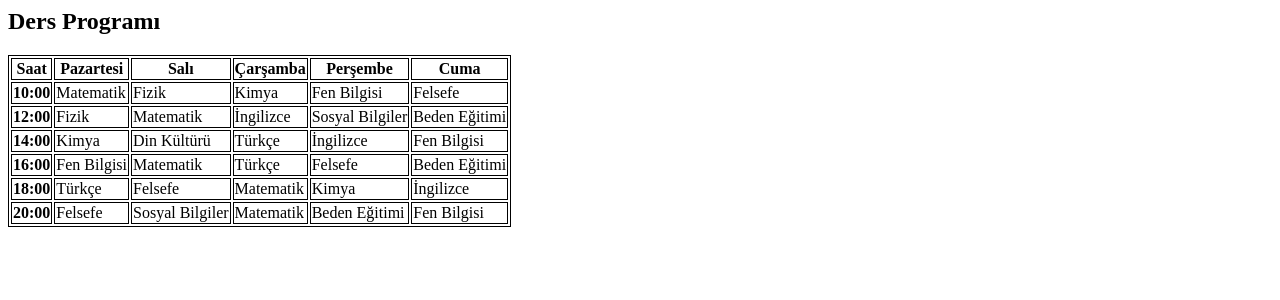
Repository: ahmetbugraozcan/css-ders-programi
Page: deneme.html
These files come from the project's save history. The page is drawn as it stood at one moment and after the next save; the edit follows.
The browser window is 1280 px wide. The pictures show the whole page.

Above is the page before, as saved 2021-07-08 10:41:10.

After the next save:
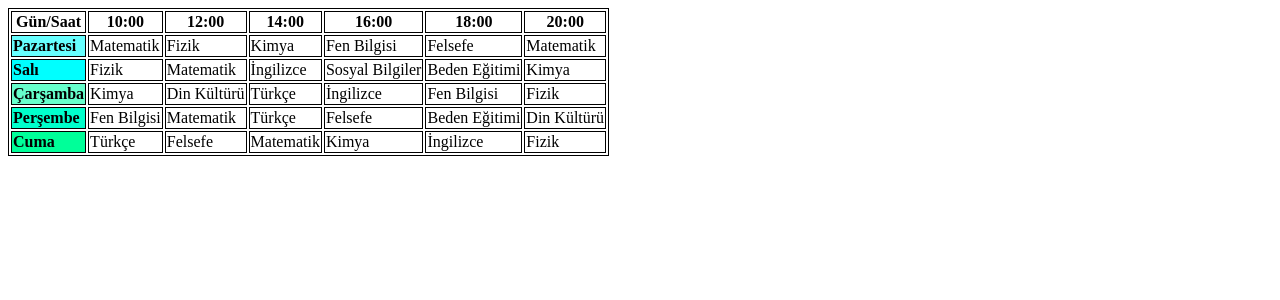
Saved 5 h 24 min later.
--- a/deneme.html
+++ b/deneme.html
@@ -5,67 +5,59 @@
 </head>
 
 <body>
-    <h2>Ders Programı</h2>
-    <div>
-        <table>
+    <div style="overflow-x:auto; widt">
+        <table id="dersprogrami">
             <tr>
-                <th>Saat</th>
-                <th>Pazartesi</th>
-                <th>Salı</th>
-                <th>Çarşamba</th>
-                <th>Perşembe</th>
-                <th>Cuma</th>
+                <th>Gün/Saat</th>
+                <th>10:00</th>
+                <th>12:00</th>
+                <th>14:00</th>
+                <th>16:00</th>
+                <th>18:00</th>
+                <th>20:00</th>
 
             </tr>
             <tr>
-                <th>10:00</th>
+                <td style="background-color:#66ffff"><b>Pazartesi</b></td>
                 <td>Matematik</td>
                 <td>Fizik</td>
                 <td>Kimya</td>
                 <td>Fen Bilgisi</td>
                 <td>Felsefe</td>
-
+                  <td>Matematik</td>
 
             </tr>
             <tr>
-                <th>12:00</th>
+                <td style="background-color:#00ffff"><b>Salı</b></td>
                 <td>Fizik</td>
                 <td>Matematik</td>
                 <td>İngilizce</td>
                 <td>Sosyal Bilgiler</td>
-                <td>Beden Eğitimi</td>
+                <td>Beden Eğitimi</td><td>Kimya</td>
             </tr>
             <tr>
-                <th>14:00</th>
+                <td style="background-color:#66ffcc"><b>Çarşamba</b></td>
                 <td>Kimya</td>
                 <td>Din Kültürü</td>
                 <td>Türkçe</td>
                 <td>İngilizce</td>
-                <td>Fen Bilgisi</td>
+                <td>Fen Bilgisi</td><td>Fizik</td>
             </tr>
             <tr>
-                <th>16:00</th>
+                <td style="background-color:#00ffcc"><b>Perşembe</b></td>
                 <td>Fen Bilgisi</td>
                 <td>Matematik</td>
                 <td>Türkçe</td>
                 <td>Felsefe</td>
-                <td>Beden Eğitimi</td>
+                <td>Beden Eğitimi</td>   <td>Din Kültürü</td>
             </tr>
             <tr>
-                <th>18:00</th>
+                <td style="background-color:#00ff99"><b>Cuma</b></td>
                 <td>Türkçe</td>
                 <td>Felsefe</td>
                 <td>Matematik</td>
                 <td>Kimya</td>
-                <td>İngilizce</td>
-            </tr>
-            <tr>
-                <th>20:00</th>
-                <td>Felsefe</td>
-                <td>Sosyal Bilgiler</td>
-                <td>Matematik</td>
-                <td>Beden Eğitimi</td>
-                <td>Fen Bilgisi</td>
+                <td>İngilizce</td><td>Fizik</td>
             </tr>
 
         </table>
